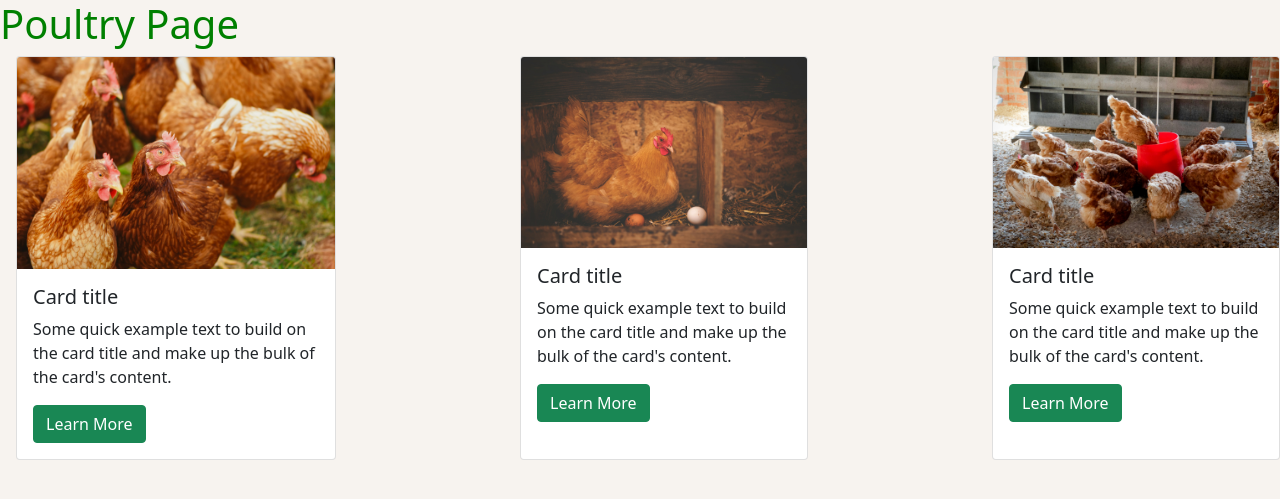
Repository: Allevandrose/Agri-invest
Page: poultry.html
An editor plug-in stored every save of this project. The page is shown before and after a run of saves, followed by the edit.
The browser window is 1280 px wide. The pictures show the whole page.

Above is the page before, as saved 2024-04-13 15:25:11.

### poultry.html
<!DOCTYPE html>
<html lang="en">

<head>
    <meta charset="UTF-8">
    <link href="https://cdn.jsdelivr.net/npm/bootstrap@5.0.2/dist/css/bootstrap.min.css" rel="stylesheet" integrity="sha384-EVSTQN3/azprG1Anm3QDgpJLIm9Nao0Yz1ztcQTwFspd3yD65VohhpuuCOmLASjC" crossorigin="anonymous">
    <meta name="viewport" content="width=device-width, initial-scale=1.0">
    <link rel="stylesheet" href="poultry.css">
    <title>Document</title>
</head>

<body>
    <h1 class="h1">Poultry Page</h1>

    <div class="card-container d-flex flex-row">
        <div class="card mr-2" style="width: 20rem;">
            <img src="poultry images/chick1.jpg" class="card-img-top" alt="...">
            <div class="card-body">
                <h5 class="card-title">Card title</h5>
                <p class="card-text">Some quick example text to build on the card title and make up the bulk of the card's content.</p>
                <a href="#" class="btn btn-success">Learn More</a>
            </div>
        </div>
        <div class="card mr-2" style="width: 18rem;">
            <img src="poultry images/chick2.jpg" class="card-img-top" alt="...">
            <div class="card-body">
                <h5 class="card-title">Card title</h5>
                <p class="card-text">Some quick example text to build on the card title and make up the bulk of the card's content.</p>
                <a href="#" class="btn btn-success">Learn More</a>
            </div>
        </div>
        <div class="card mr-2" style="width: 18rem;">
            <img src="poultry images/chick3.jpg" class="card-img-top" alt="...">
            <div class="card-body">
                <h5 class="card-title">Card title</h5>
                <p class="card-text">Some quick example text to build on the card title and make up the bulk of the card's content.</p>
                <a href="#" class="btn btn-success">Learn More</a>
            </div>
        </div>




        <!-- script tag -->
        <script src="https://cdn.jsdelivr.net/npm/bootstrap@5.0.2/dist/js/bootstrap.bundle.min.js" integrity="sha384-MrcW6ZMFYlzcLA8Nl+NtUVF0sA7MsXsP1UyJoMp4YLEuNSfAP+JcXn/tWtIaxVXM" crossorigin="anonymous"></script>
</body>

</html>

### poultry.css
body {
    background-color: rgb(247, 243, 239);
}

.h1 {
    color: green;
}

.card-container {
    display: flex;
    flex-wrap: wrap;
    justify-content: space-between;
    margin-left: 16px;
}

After the next 2 saves:
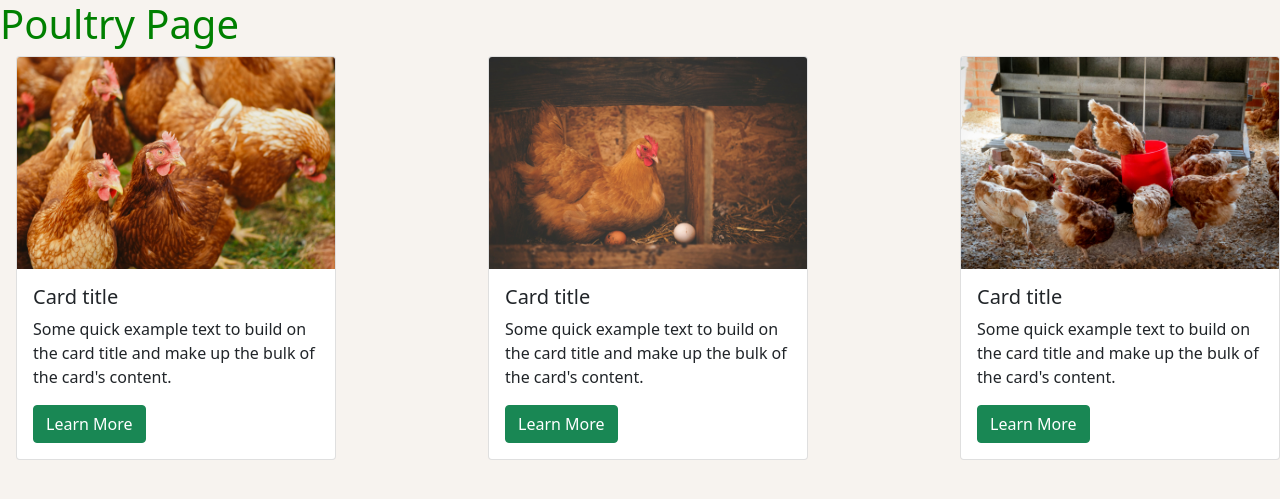
The 2 saves are shown as one change because they came seconds apart.
The last was saved 7 s later.
--- a/poultry.html
+++ b/poultry.html
@@ -21,7 +21,7 @@
                 <a href="#" class="btn btn-success">Learn More</a>
             </div>
         </div>
-        <div class="card mr-2" style="width: 18rem;">
+        <div class="card mr-2" style="width: 20rem;">
             <img src="poultry images/chick2.jpg" class="card-img-top" alt="...">
             <div class="card-body">
                 <h5 class="card-title">Card title</h5>
@@ -29,7 +29,7 @@
                 <a href="#" class="btn btn-success">Learn More</a>
             </div>
         </div>
-        <div class="card mr-2" style="width: 18rem;">
+        <div class="card mr-2" style="width: 20rem;">
             <img src="poultry images/chick3.jpg" class="card-img-top" alt="...">
             <div class="card-body">
                 <h5 class="card-title">Card title</h5>
